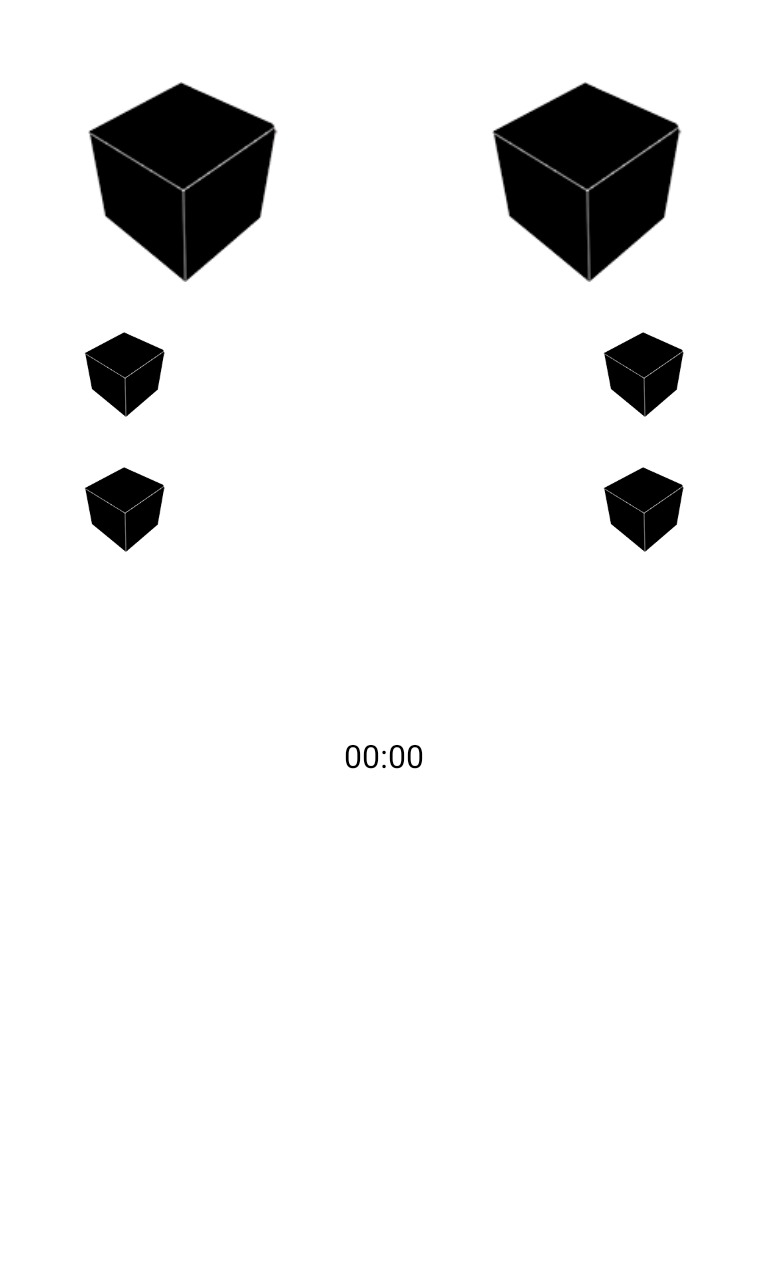
Repository: DSKarramba/university
Layout: models_and_methods_ICS/lab_01/code/calc/res/layout/activity_main.xml
An editor plug-in stored every save of this project. The layout is shown before and after the next save, followed by the edit.
It is drawn on a 768 x 1280 px phone screen (xhdpi) without system bars, with theme AppTheme; the app's code is not run.

Above is the layout before, as saved 2014-12-11 03:09:47.

### models_and_methods_ICS/lab_01/code/calc/res/layout/activity_main.xml
<RelativeLayout xmlns:android="http://schemas.android.com/apk/res/android"
    xmlns:tools="http://schemas.android.com/tools"
    android:layout_width="match_parent"
    android:layout_height="match_parent"
    android:layout_gravity="top"
    android:paddingBottom="@dimen/activity_vertical_margin"
    android:paddingLeft="@dimen/activity_horizontal_margin"
    android:paddingRight="@dimen/activity_horizontal_margin"
    android:paddingTop="@dimen/activity_vertical_margin"
    tools:context="com.example.calc.MainActivity" >

    <ImageButton
        android:id="@+id/img1"
        android:layout_width="100dp"
        android:layout_height="100dp"
        android:layout_alignParentLeft="true"
        android:layout_alignParentTop="true"
        android:layout_marginLeft="25dp"
        android:layout_marginTop="25dp"
        android:background="@android:color/transparent"
        android:contentDescription="@string/str_box"
        android:scaleType="fitCenter"
        android:src="@drawable/box" />

    <ImageButton
        android:id="@+id/img2"
        android:layout_width="100dp"
        android:layout_height="100dp"
        android:layout_alignParentRight="true"
        android:layout_alignParentTop="true"
        android:layout_marginRight="25dp"
        android:layout_marginTop="25dp"
        android:background="@android:color/transparent"
        android:contentDescription="@string/str_box"
        android:scaleType="fitCenter"
        android:src="@drawable/box" />

    <ImageButton
        android:id="@+id/img3"
        android:layout_width="wrap_content"
        android:layout_height="wrap_content"
        android:layout_alignParentLeft="true"
        android:layout_below="@+id/img1"
        android:layout_marginLeft="25dp"
        android:layout_marginTop="25dp"
        android:background="@android:color/transparent"
        android:contentDescription="@string/str_box"
        android:scaleType="fitCenter"
        android:src="@drawable/box" />

    <ImageButton
        android:id="@+id/img4"
        android:layout_width="wrap_content"
        android:layout_height="wrap_content"
        android:layout_alignParentRight="true"
        android:layout_below="@+id/img2"
        android:layout_marginRight="25dp"
        android:layout_marginTop="25dp"
        android:background="@android:color/transparent"
        android:contentDescription="@string/str_box"
        android:src="@drawable/box" />

    <ImageButton
        android:id="@+id/img5"
        android:layout_width="wrap_content"
        android:layout_height="wrap_content"
        android:layout_alignParentLeft="true"
        android:layout_below="@+id/img3"
        android:layout_marginLeft="25dp"
        android:layout_marginTop="25dp"
        android:background="@android:color/transparent"
        android:contentDescription="@string/str_box"
        android:src="@drawable/box" />

    <ImageButton
        android:id="@+id/img6"
        android:layout_width="wrap_content"
        android:layout_height="wrap_content"
        android:layout_alignParentRight="true"
        android:layout_below="@+id/img4"
        android:layout_marginRight="25dp"
        android:layout_marginTop="25dp"
        android:background="@android:color/transparent"
        android:contentDescription="@string/str_box"
        android:src="@drawable/box" />

    <Chronometer
        android:id="@+id/chronometer1"
        android:layout_width="wrap_content"
        android:layout_height="wrap_content"
        android:layout_below="@+id/img5"
        android:layout_centerHorizontal="true"
        android:layout_marginTop="91dp"
        android:text="Chronometer" />

</RelativeLayout>

### models_and_methods_ICS/lab_01/code/calc/res/values/strings.xml
<?xml version="1.0" encoding="utf-8"?>
<resources>

    <string name="app_name">cats</string>
    <string name="action_settings">Settings</string>
    <string name="str_box">box</string>

</resources>

Loaded but not shown: models_and_methods_ICS/lab_01/code/calc/res/values/styles.xml (common file); models_and_methods_ICS/lab_01/code/calc/res/values-v11/styles.xml (common file); models_and_methods_ICS/lab_01/code/calc/res/values-v14/styles.xml (common file); models_and_methods_ICS/lab_01/code/calc/res/values/dimens.xml (common file); models_and_methods_ICS/lab_01/code/calc/res/values-w820dp/dimens.xml (common file)

After the next save:
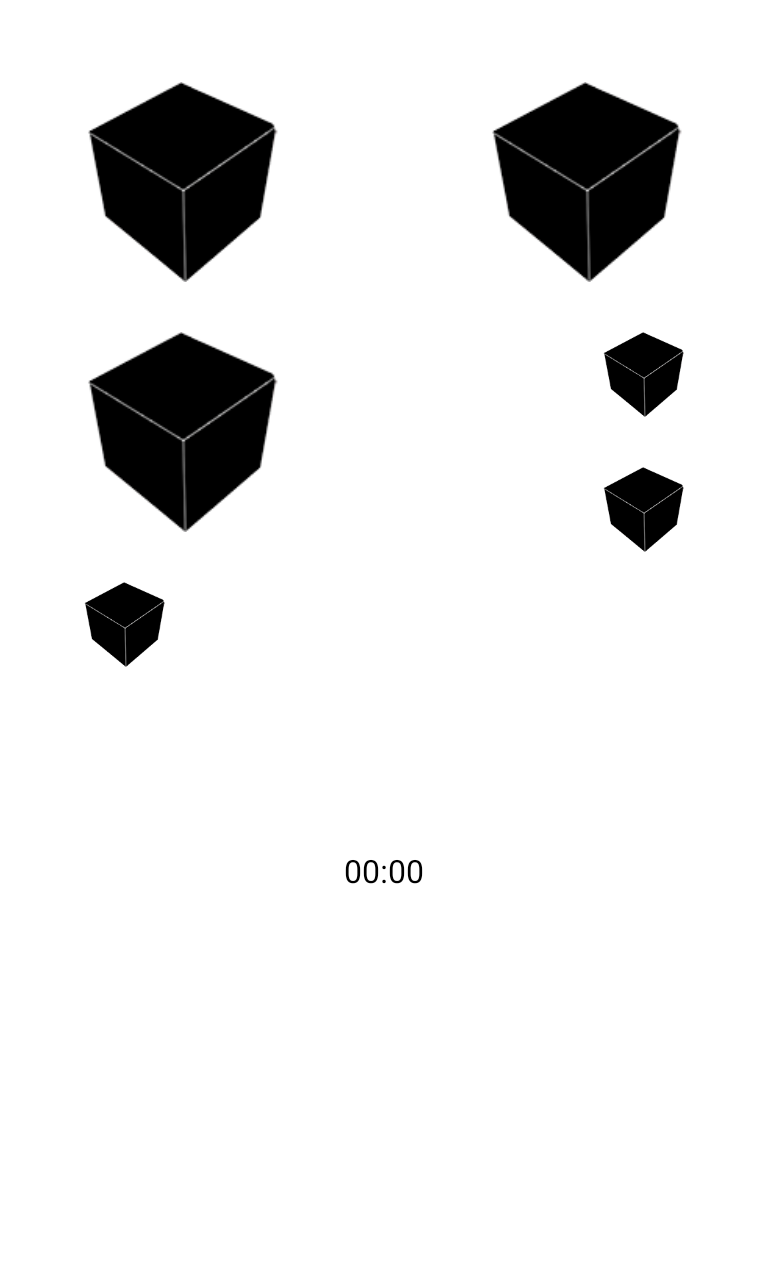
Saved 4 s later.
--- a/models_and_methods_ICS/lab_01/code/calc/res/layout/activity_main.xml
+++ b/models_and_methods_ICS/lab_01/code/calc/res/layout/activity_main.xml
@@ -37,8 +37,8 @@
 
     <ImageButton
         android:id="@+id/img3"
-        android:layout_width="wrap_content"
-        android:layout_height="wrap_content"
+        android:layout_width="100dp"
+        android:layout_height="100dp"
         android:layout_alignParentLeft="true"
         android:layout_below="@+id/img1"
         android:layout_marginLeft="25dp"
